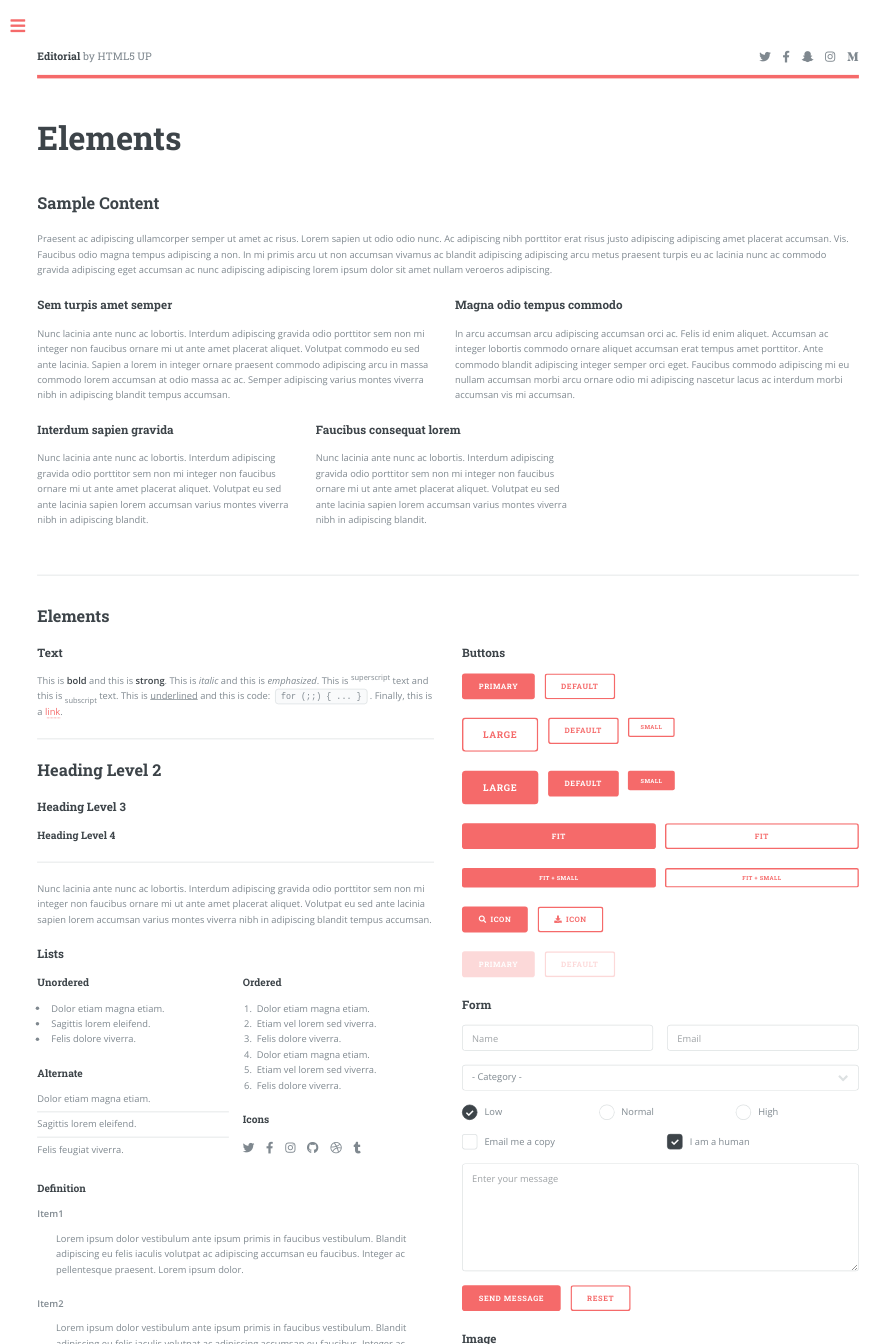
Repository: Hpz3859/Hpz3859.github.io
Page: elements.html
These files come from the project's save history. The page is drawn as it stood at one moment and after the next save; the edit follows.
The browser window is 1280 px wide. The pictures show the part of the page from y = 0 to 1920 px (the page is 3543 px tall), at 70% of full size.

Above is the page before, as saved 2025-03-19 13:20:12.

After the next save:
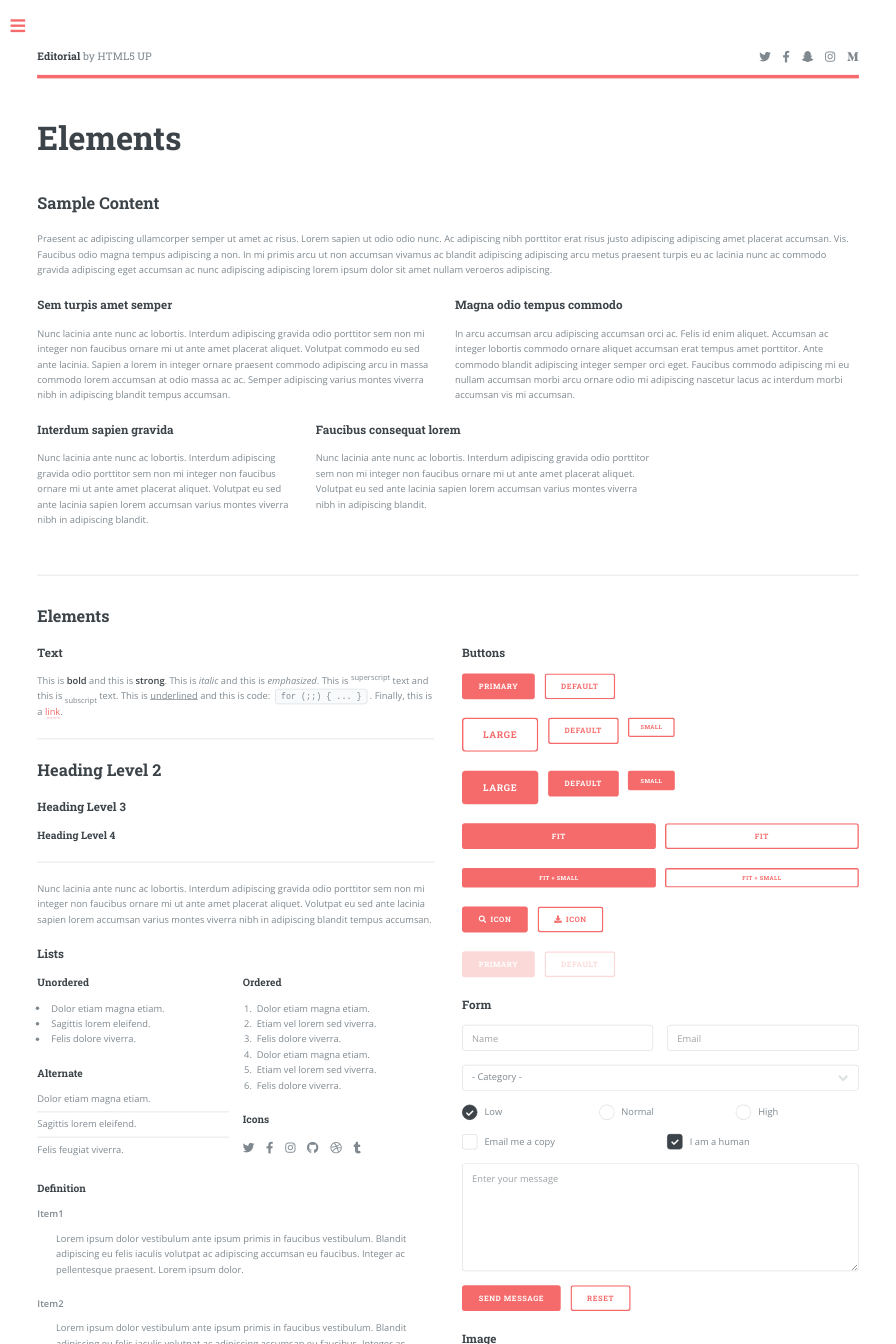
Saved 44 s later.
--- a/elements.html
+++ b/elements.html
@@ -55,7 +55,7 @@
 												<h3>Interdum sapien gravida</h3>
 												<p>Nunc lacinia ante nunc ac lobortis. Interdum adipiscing gravida odio porttitor sem non mi integer non faucibus ornare mi ut ante amet placerat aliquet. Volutpat eu sed ante lacinia sapien lorem accumsan varius montes viverra nibh in adipiscing blandit.</p>
 											</div>
-											<div class="col-4 col-12-medium">
+											<div class="col-5 col-12-medium">
 												<h3>Faucibus consequat lorem</h3>
 												<p>Nunc lacinia ante nunc ac lobortis. Interdum adipiscing gravida odio porttitor sem non mi integer non faucibus ornare mi ut ante amet placerat aliquet. Volutpat eu sed ante lacinia sapien lorem accumsan varius montes viverra nibh in adipiscing blandit.</p>
 											</div>
